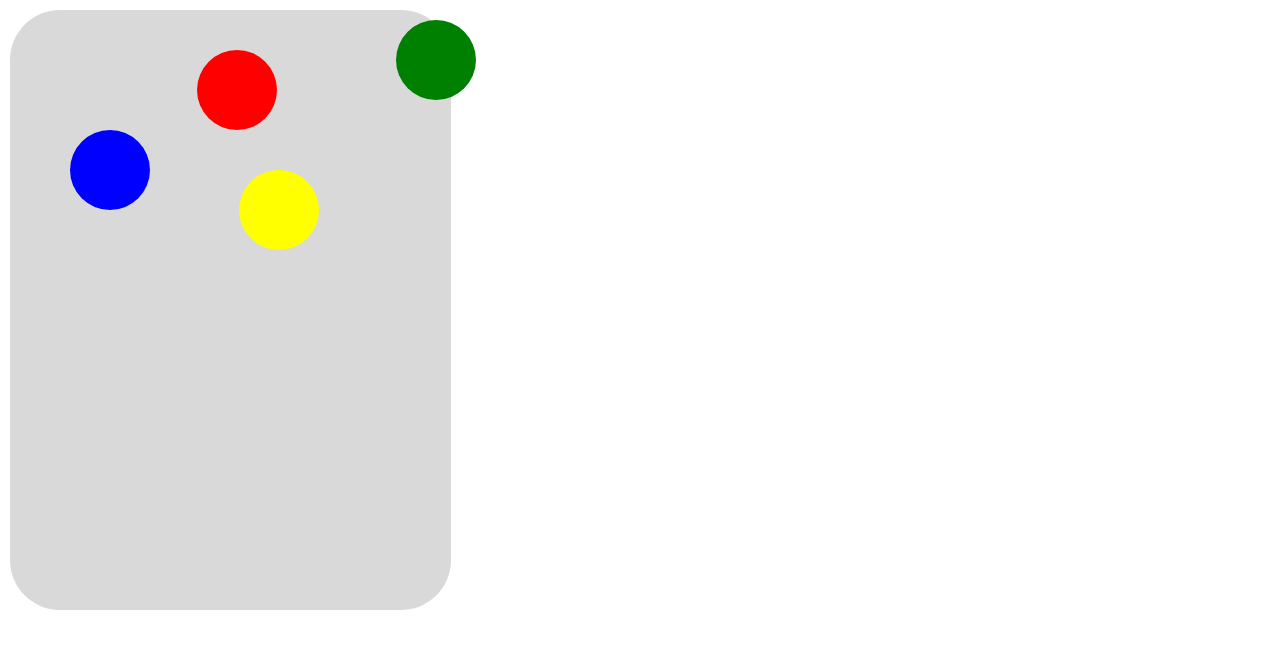
Repository: Code-Institute-Submissions/The-Simon-Game
Page: index.html
The author's editor kept a record of every edit. The page is drawn from the files as they stood at one moment, then again after the next edit.
The browser window is 1280 px wide. The pictures show the whole page.

Above is the page before.

After the next edit:
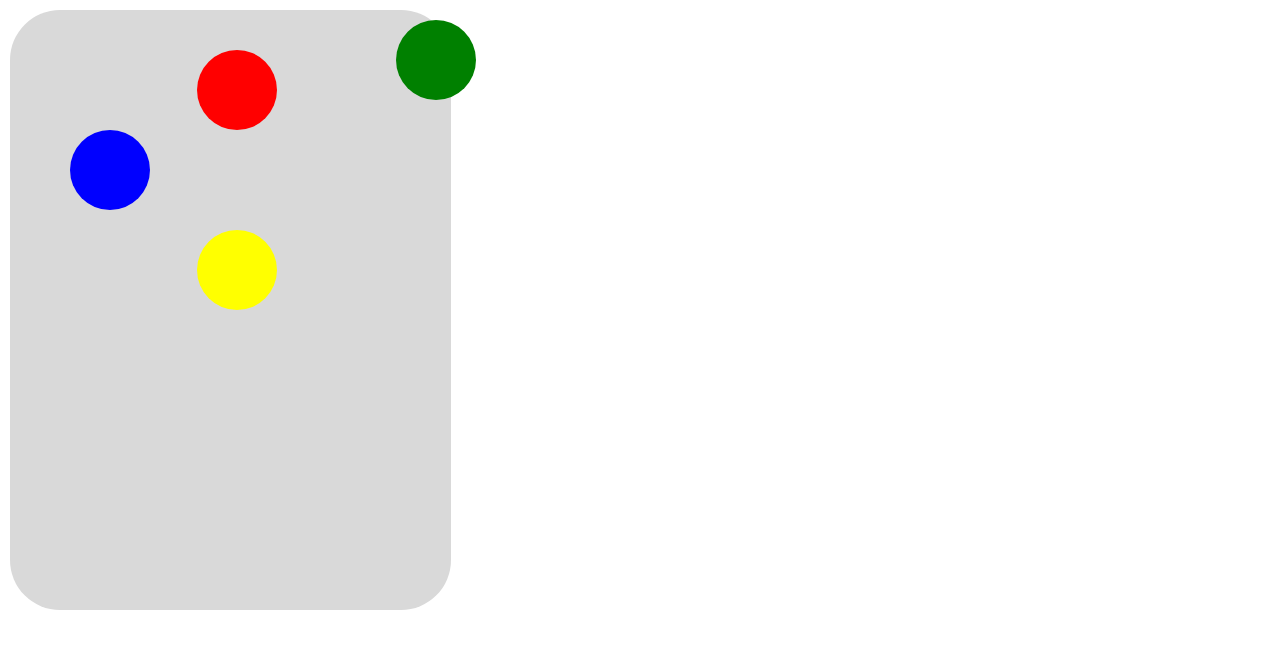
The edit:
--- a/css/style.css
+++ b/css/style.css
@@ -10,8 +10,8 @@
 .yellow {
     height: 80px;
     width: 80px;
-    margin: 10px;
-    margin-left: 72px;
+    margin: 100px;
+    margin-left: 30px;
     background-color: yellow;
     border-color: black;
     border-radius: 50px;
